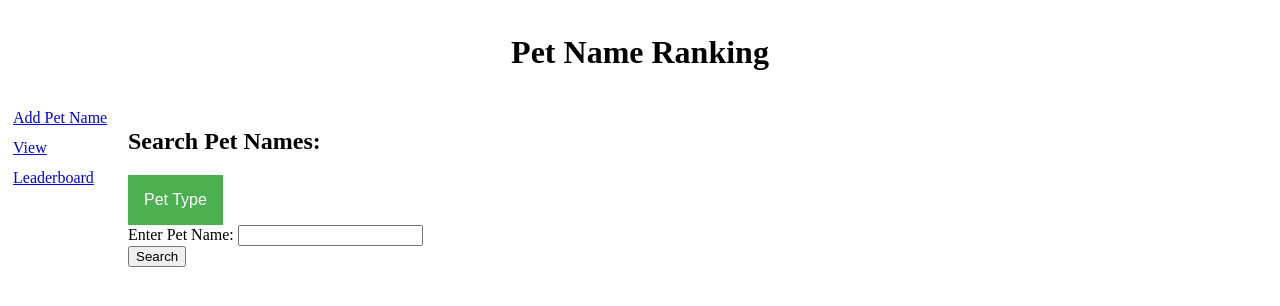
Repository: mutterbucket/TriplettTermProject4830
Page: workspaceCSCI4830-tech-excercise-Triplett/techExcerciseTriplett/WebContent/home_search.html
These files come from the project's save history. The page is drawn as it stood at one moment and after the next save; the edit follows.
The browser window is 1280 px wide. The pictures show the whole page.

Above is the page before, as saved 2020-02-21 22:30:47.

After the next save:
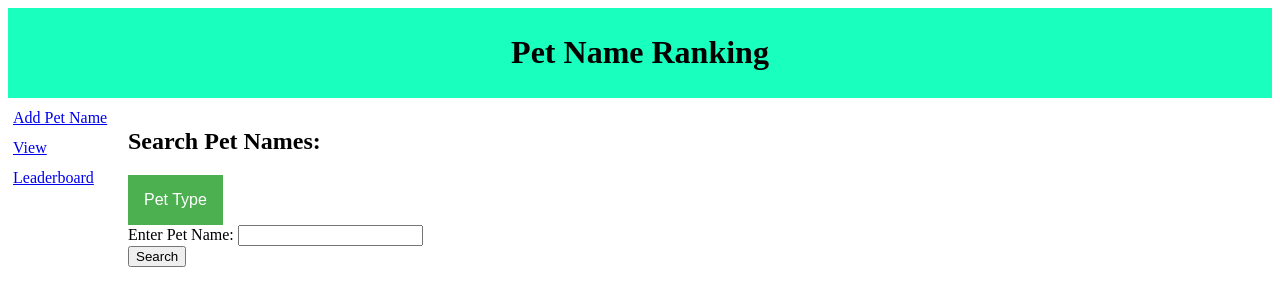
Saved 77 s later.
--- a/workspaceCSCI4830-tech-excercise-Triplett/techExcerciseTriplett/WebContent/home_search.html
+++ b/workspaceCSCI4830-tech-excercise-Triplett/techExcerciseTriplett/WebContent/home_search.html
@@ -4,7 +4,7 @@
 <meta charset="ISO-8859-1">
 <style type="text/css">
 header {
-    background-color: 19FFBD;
+    background-color:#19FFBD;
     color: black;
     text-align: center;
     padding: 5px;
